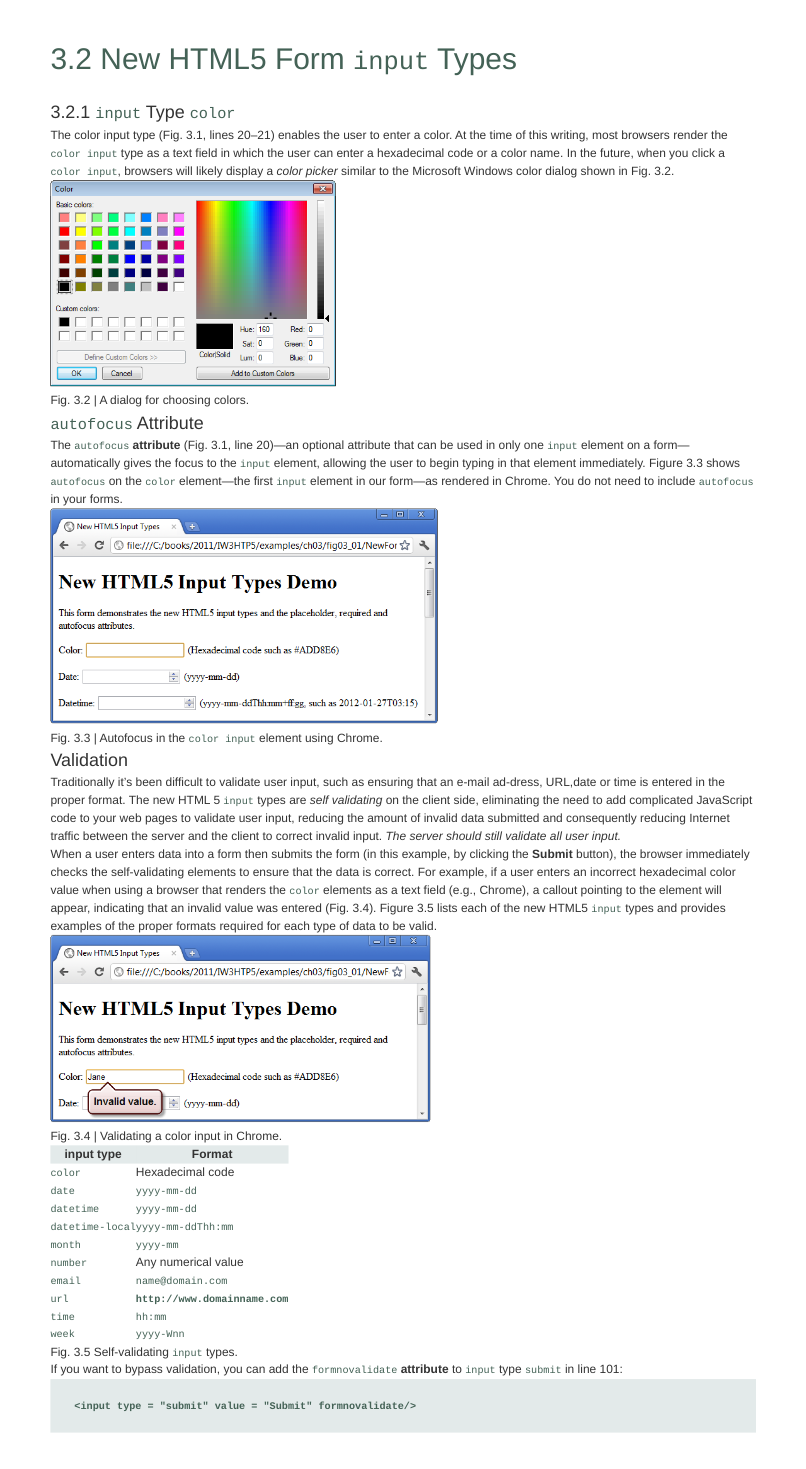
Repository: mlmEFSC21/P4-Textbook-Copy
Page: index.html
The author's editor kept a copy of each file at every save. The page is drawn from the files as they stood at one save, then again after the next save.
The browser window is 1280 px wide. The pictures show the whole page, at 63% of full size.

Above is the page before, as saved 2022-02-03 16:56:46.

### index.html
<!DOCTYPE html>
<html lang="en">
    <head>
        <meta charset="UTF-8" />
        <meta http-equiv="X-UA-Compatible" content="IE=edge" />
        <meta name="viewport" content="width=device-width, initial-scale=1.0" />
        <link rel="stylesheet" href="bookStyles.css" />
        <title>Laying Out Book Pages</title>
    </head>
    <header>
        <h1>
            3.2 New HTML5 Form <code><span class="header1">input</span></code> Types
        </h1>
    </header>
    <body>
        <section class="color-input-type">
            <header>
                <h2>3.2.1 <code>input</code> Type <code>color</code></h2>
            </header>
            <p>
                The color input type (Fig. 3.1, lines 20–21) enables the user to enter a color. At
                the time of this writing, most browsers render the <code>color input</code> type as
                a text field in which the user can enter a hexadecimal code or a color name. In the
                future, when you click a <code>color input</code>, browsers will likely display a
                <em>color picker</em> similar to the Microsoft Windows color dialog shown in Fig.
                3.2.
            </p>
            <figure>
                <img src="images\OperaColorInput.png" alt="Microsoft Windows color dialog" />
                <figcaption>Fig. 3.2 | A dialog for choosing colors.</figcaption>
            </figure>
        </section>
        <section class="autofocus-attribute">
            <header>
                <h2><code>autofocus</code> Attribute</h2>
            </header>
            <p>
                The <code>autofocus</code> <strong>attribute</strong> (Fig. 3.1, line 20)—an
                optional attribute that can be used in only one <code>input</code> element on a
                form—automatically gives the focus to the <code>input</code> element, allowing the
                user to begin typing in that element immediately. Figure 3.3 shows
                <code>autofocus</code> on the <code>color</code> element—the first
                <code>input</code> element in our form—as rendered in Chrome. You do not need to
                include <code>autofocus</code> in your forms.
            </p>
            <figure>
                <img
                    src="images\Autofocus.png"
                    alt="web page demo of autofocus on a color input field"
                />
                <figcaption>
                    Fig. 3.3 | Autofocus in the <code>color input</code> element using Chrome.
                </figcaption>
            </figure>
        </section>
        <section class="input-validation">
            <header>
                <h2>Validation</h2>
            </header>
            <p>
                Traditionally it’s been difficult to validate user input, such as ensuring that an
                e-mail ad-dress, URL,date or time is entered in the proper format. The new HTML 5
                <code>input</code> types are <em>self validating</em> on the client side,
                eliminating the need to add complicated JavaScript code to your web pages to
                validate user input, reducing the amount of invalid data submitted and consequently
                reducing Internet traffic between the server and the client to correct invalid
                input. <em>The server should still validate all user input.</em>
            </p>
            <p>
                When a user enters data into a form then submits the form (in this example, by
                clicking the <strong>Submit</strong> button), the browser immediately checks the
                self-validating elements to ensure that the data is correct. For example, if a user
                enters an incorrect hexadecimal color value when using a browser that renders the
                <code>color</code> elements as a text field (e.g., Chrome), a callout pointing to
                the element will appear, indicating that an invalid value was entered (Fig. 3.4).
                Figure 3.5 lists each of the new HTML5 <code>input</code> types and provides
                examples of the proper formats required for each type of data to be valid.
            </p>
            <figure>
                <img
                    src="images\SelfValidationChrome.png"
                    alt="web page demo of validation preventing a non color input into a color input field"
                />
                <figcaption>Fig. 3.4 | Validating a color input in Chrome.</figcaption>
            </figure>
        </section>
        <section class="self-validating-types">
            <figure>
                <table class="validation-table">
                    <thead>
                        <th>input type</th>
                        <th>Format</th>
                    </thead>
                    <tr>
                        <td><code>color</code></td>
                        <td>Hexadecimal code</td>
                    </tr>
                    <tr>
                        <td><code>date</code></td>
                        <td><code>yyyy-mm-dd</code></td>
                    </tr>
                    <tr>
                        <td><code>datetime</code></td>
                        <td><code>yyyy-mm-dd</code></td>
                    </tr>
                    <tr>
                        <td><code>datetime-local</code></td>
                        <td><code>yyyy-mm-ddThh:mm</code></td>
                    </tr>
                    <tr>
                        <td><code>month</code></td>
                        <td><code>yyyy-mm</code></td>
                    </tr>
                    <tr>
                        <td><code>number</code></td>
                        <td>Any numerical value</td>
                    </tr>
                    <tr>
                        <td><code>email</code></td>
                        <td><code>name@domain.com</code></td>
                    </tr>
                    <tr>
                        <td><code>url</code></td>
                        <td>
                            <a href="http://www.domainname.com"
                                ><code>http://www.domainname.com</code></a
                            >
                        </td>
                    </tr>
                    <tr>
                        <td><code>time</code></td>
                        <td><code>hh:mm</code></td>
                    </tr>
                    <tr>
                        <td><code>week</code></td>
                        <td><code>yyyy-Wnn</code></td>
                    </tr>
                </table>
                <figcaption>Fig. 3.5 Self-validating <code>input</code> types.</figcaption>
            </figure>
            <aside>
                <p>
                    If you want to bypass validation, you can add the <code>formnovalidate</code>
                    <strong>attribute</strong> to <code>input</code> type <code>submit</code> in
                    line 101:
                </p>
                <div class="form-no-val">
                    <span class="code-heavy"
                        ><code
                            >&lt;input type = "submit" value = "Submit" formnovalidate/&gt;</code
                        ></span
                    >
                </div>
            </aside>
        </section>
    </body>
</html>

### bookStyles.css
:root {
    --clr-prime: #;
    --clr-background-accent: rgba(70, 114, 115, 0.15);
    --clr-font-links: #275b8a;
    --clr-font-prime: #333;
    --clr-font-code: #446256;
    --clr-font-figcap: darkgrey;
    --clr-background: white;
}
*,
*::before,
*::after {
    margin: 0;
    padding: 0;
    box-sizing: border-box;
}
html {
    font-size: 19px;
    font-family: sans-serif;
}
body {
    font-family: "Helvetica Neue", Helvetica, Arial, "Lucida Grande", sans-serif;
    margin: 57px 0;
    padding: 0 80px;
    padding: auto;
    line-height: 1.5;
    background-color: var(--clr-background);
    color: var(--clr-font-prime);
}
h1 {
    font-size: 2.5em;
    margin-top: 1.15em;
    margin-bottom: 0.6em;
    font-style: normal;
    font-weight: 300;
    line-height: 1.5;
}
h2 {
    font-weight: normal;
}
h1,
code {
    color: var(--clr-font-code);
}
code {
    font-family: Courier, "Courier New", monospace;
    font-size: 0.85em;
}
.code-heavy {
    font-weight: 900;
}
table {
    border-collapse: collapse;
}
div {
    padding: 1.5em 0 1.5em 2em;
}
th,
div {
    background-color: var(--clr-background-accent);
}
a {
    color: var(--clr-font-links);
    text-decoration: none;
    font-weight: 700;
    cursor: pointer;
}

After the next save:
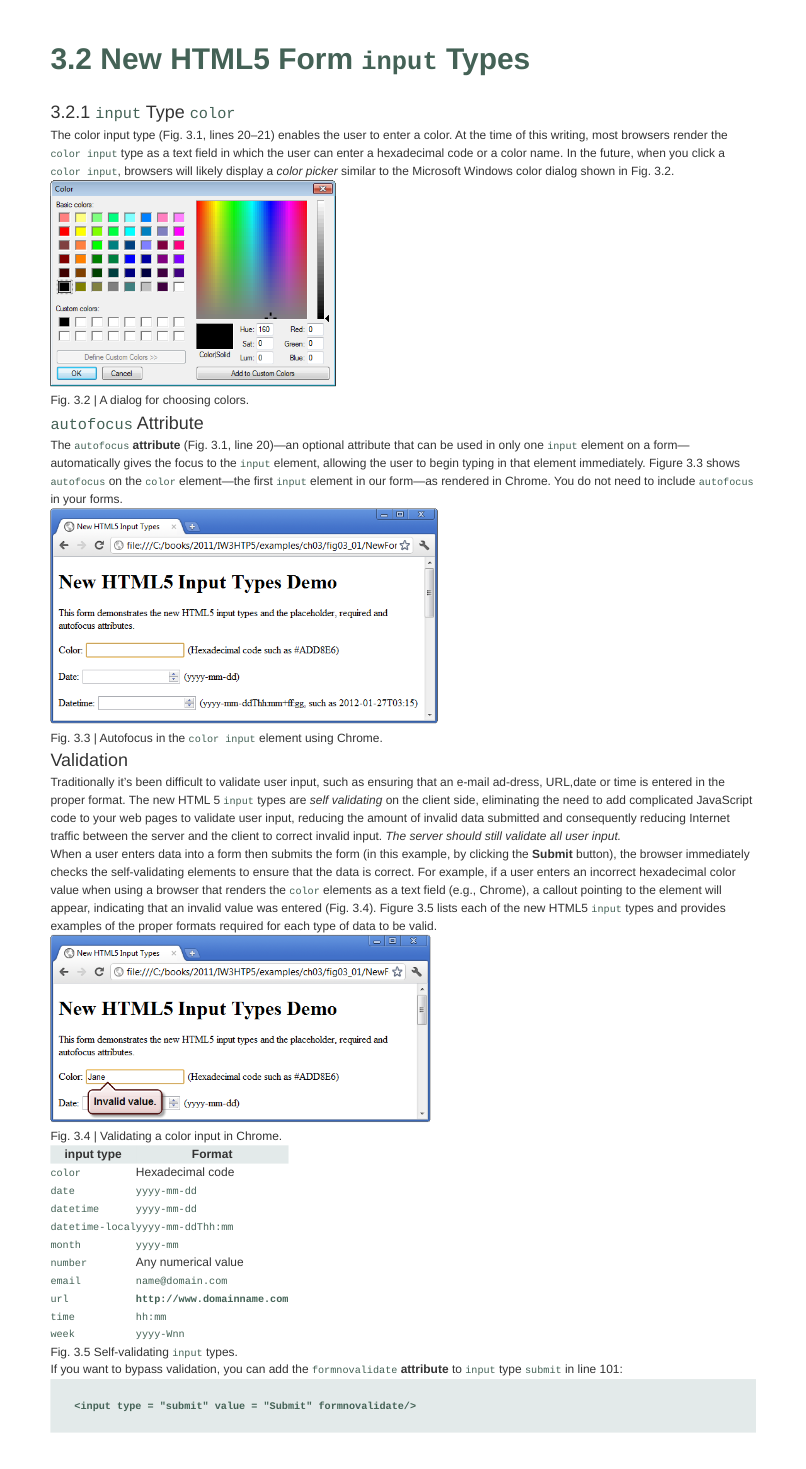
Saved 111 s later.
--- a/bookStyles.css
+++ b/bookStyles.css
@@ -32,7 +32,7 @@
     margin-top: 1.15em;
     margin-bottom: 0.6em;
     font-style: normal;
-    font-weight: 300;
+    /* font-weight: 300; */
     line-height: 1.5;
 }
 h2 {

After the save that followed:
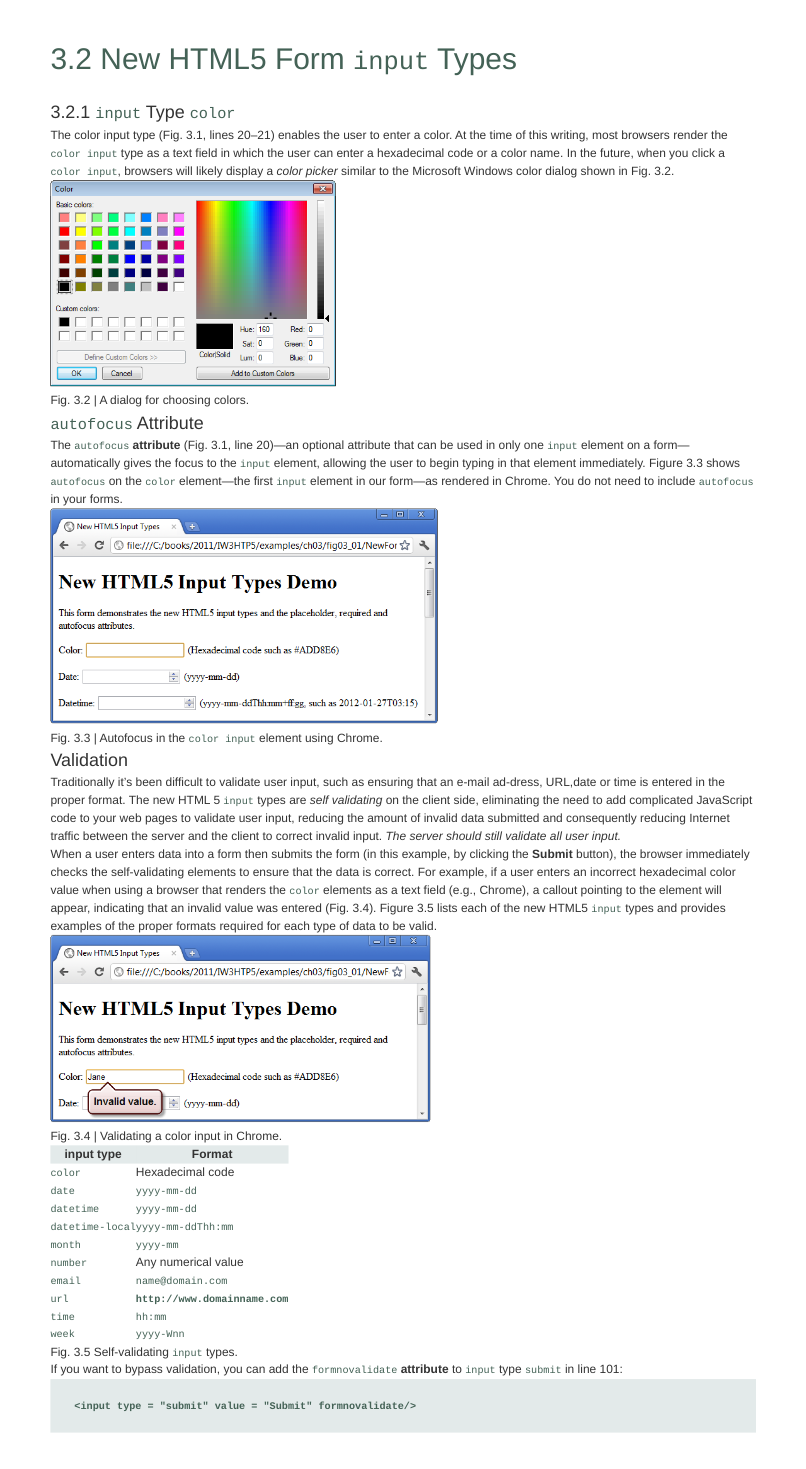
Saved 8 s later.
--- a/bookStyles.css
+++ b/bookStyles.css
@@ -32,7 +32,7 @@
     margin-top: 1.15em;
     margin-bottom: 0.6em;
     font-style: normal;
-    /* font-weight: 300; */
+    font-weight: 300;
     line-height: 1.5;
 }
 h2 {
